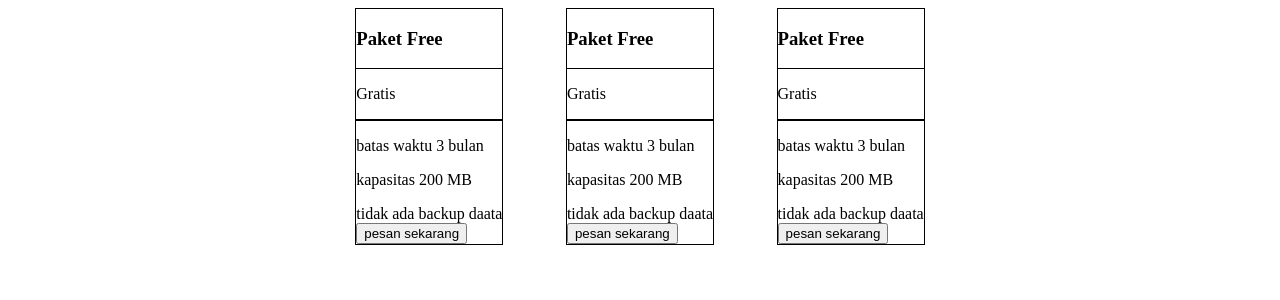
Repository: AHSANS354/tugas-sib5
Page: tugas css/index.html
The author's editor kept a copy of each file at every save. The page is drawn from the files as they stood at one save, then again after the next save.
The browser window is 1280 px wide. The pictures show the whole page.

Above is the page before, as saved 2023-08-29 15:03:18.

After the next save:
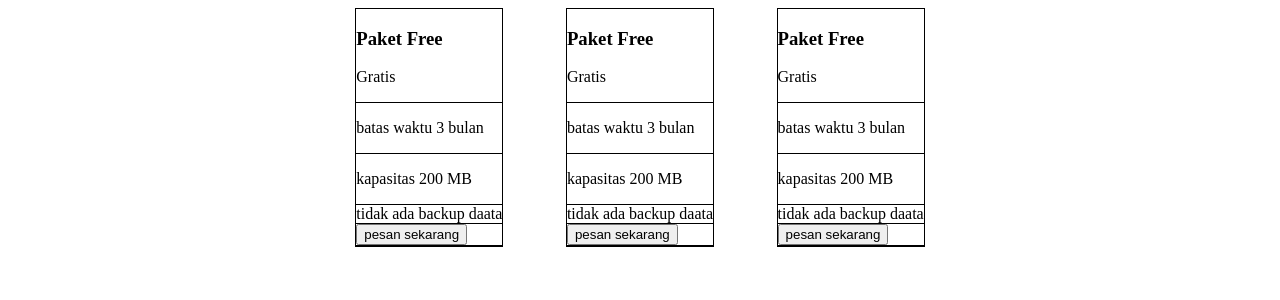
Saved 34 s later.
--- a/tugas css/style.css
+++ b/tugas css/style.css
@@ -28,6 +28,6 @@ td {
   border-bottom: 1px solid black;
 }
 
-.header div {
+.content div {
   border-bottom: 1px solid black;
 }
